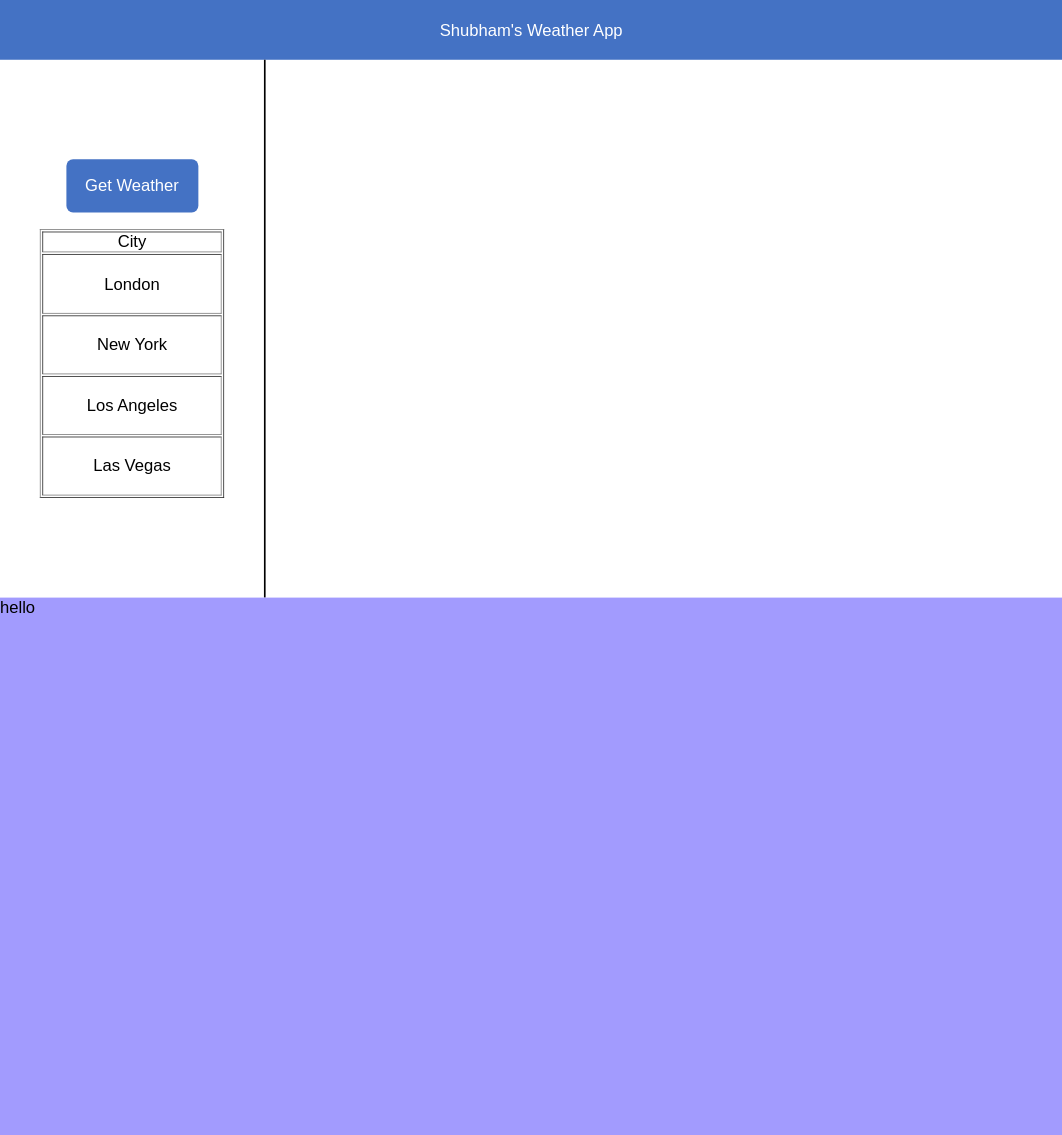
Repository: hey-shubham/WeatherAPI
Page: index.html
These files come from the project's save history. The page is drawn as it stood at one moment and after a run of saves; the edit follows.
The browser window is 1280 px wide. The pictures show the whole page, at 83% of full size.

Above is the page before, as saved 2022-03-28 21:02:35.

### index.html
<!DOCTYPE html>
<html lang="en">
  <head>
    <meta charset="UTF-8" />
    <meta http-equiv="X-UA-Compatible" content="IE=edge" />
    <meta name="viewport" content="width=device-width, initial-scale=1.0" />
    <title>Weather API</title>
    <script src="script.js" defer></script>
    <link rel="stylesheet" href="style.css" />
  </head>
  <body>
    <div class="weather-app">
      <header>Shubham's Weather App</header>
      <main>
        <aside>
          <button>Get Weather</button>
          <table border="1">
            <thead>
              <tr>
                <td>City</td>
              </tr>
            </thead>
            <tbody>
              <tr>
                <td>London</td>
              </tr>
              <tr>
                <td>New York</td>
              </tr>
              <tr>
                <td>Los Angeles</td>
              </tr>
              <tr>
                <td>Las Vegas</td>
              </tr>
            </tbody>
          </table>
        </aside>
        <div class="content">hello</div>
      </main>
    </div>
  </body>
</html>

### style.css

*{
    margin: 0;
    padding: 0;
    box-sizing: border-box;
    font-family: sans-serif;
    font-size: 20px;
}
html,body{
    height: 100vh;
    width: 100vw;
}
.weather-app header{
    height: 10vh;
    background-color: #4472C4;
    display: flex;
    justify-content: center;
    align-items: center;
    color: #ffffff;
}
.weather-app main{
    height: 90vh;
    /* background-color: blue; */
}
.weather-app aside{
    height: 100%;
    width: 25%;
    border-right: 2px solid black;
    /* background-color: red; */
    display: flex;
    flex-direction: column;
    justify-content: center;
    align-items: center;
}
.weather-app aside button{
    height: 10%;
    width: 50%;
    border-radius: 8px;
    border-style: none;
    color: white;
    background-color: #4472C4;
    margin-bottom: 1rem;
}
aside table{
    height: 50%;
    width: 70%;
}
aside tr {
    /* height: 3rem; */
}
aside td{
    text-align: center;
}
.weather-app .content{
    height: 100%;
    background-color: #a29bfe;
}

Loaded but not shown: script.js (no copy from this time; the picture is the same without it)

After the next 3 saves:
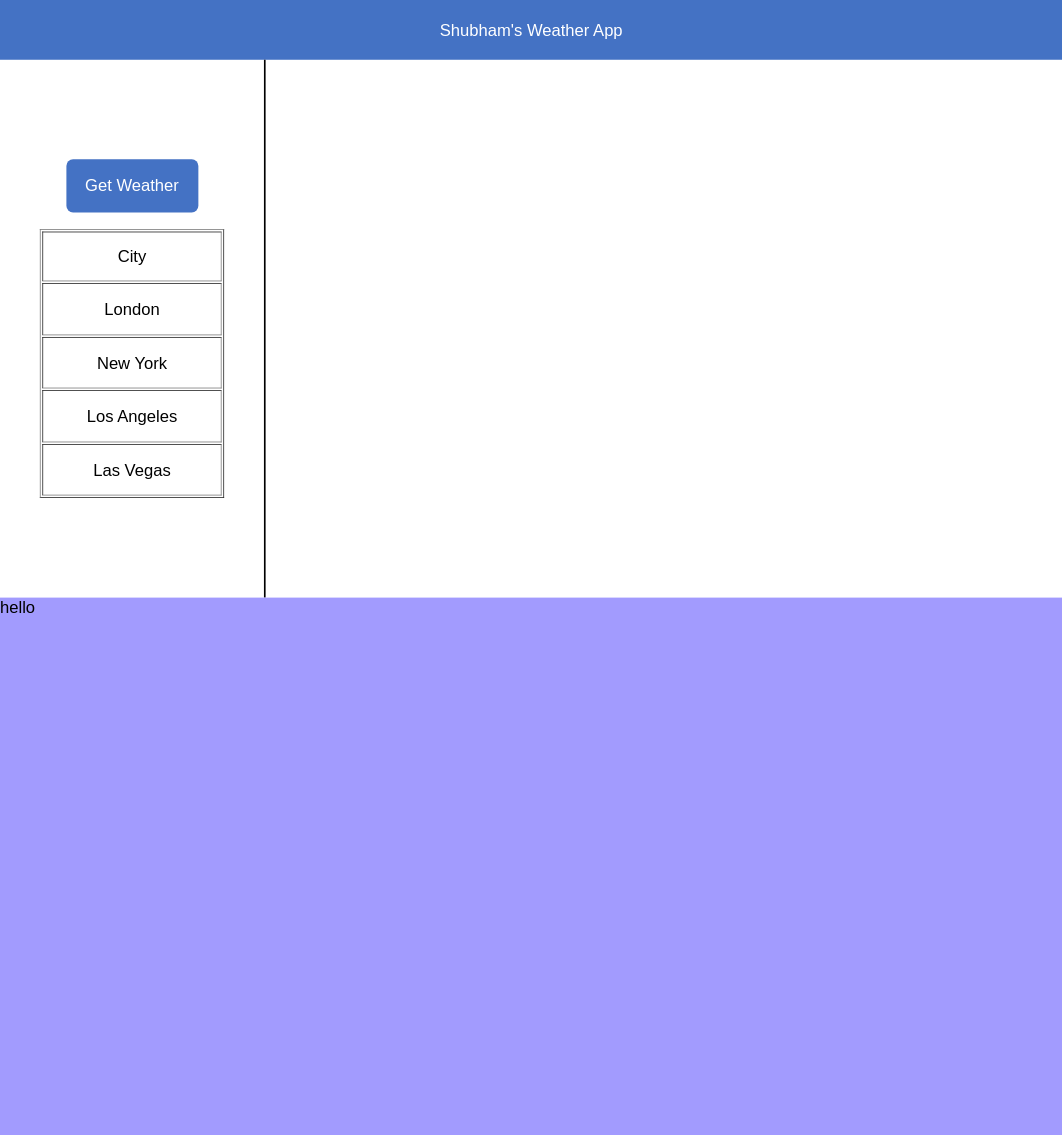
The 3 saves are shown as one change because they came seconds apart.
The last was saved 11 s later.
--- a/style.css
+++ b/style.css
@@ -45,8 +45,8 @@ aside table{
     height: 50%;
     width: 70%;
 }
-aside tr {
-    /* height: 3rem; */
+aside thead td{
+    height: 3rem;
 }
 aside td{
     text-align: center;
